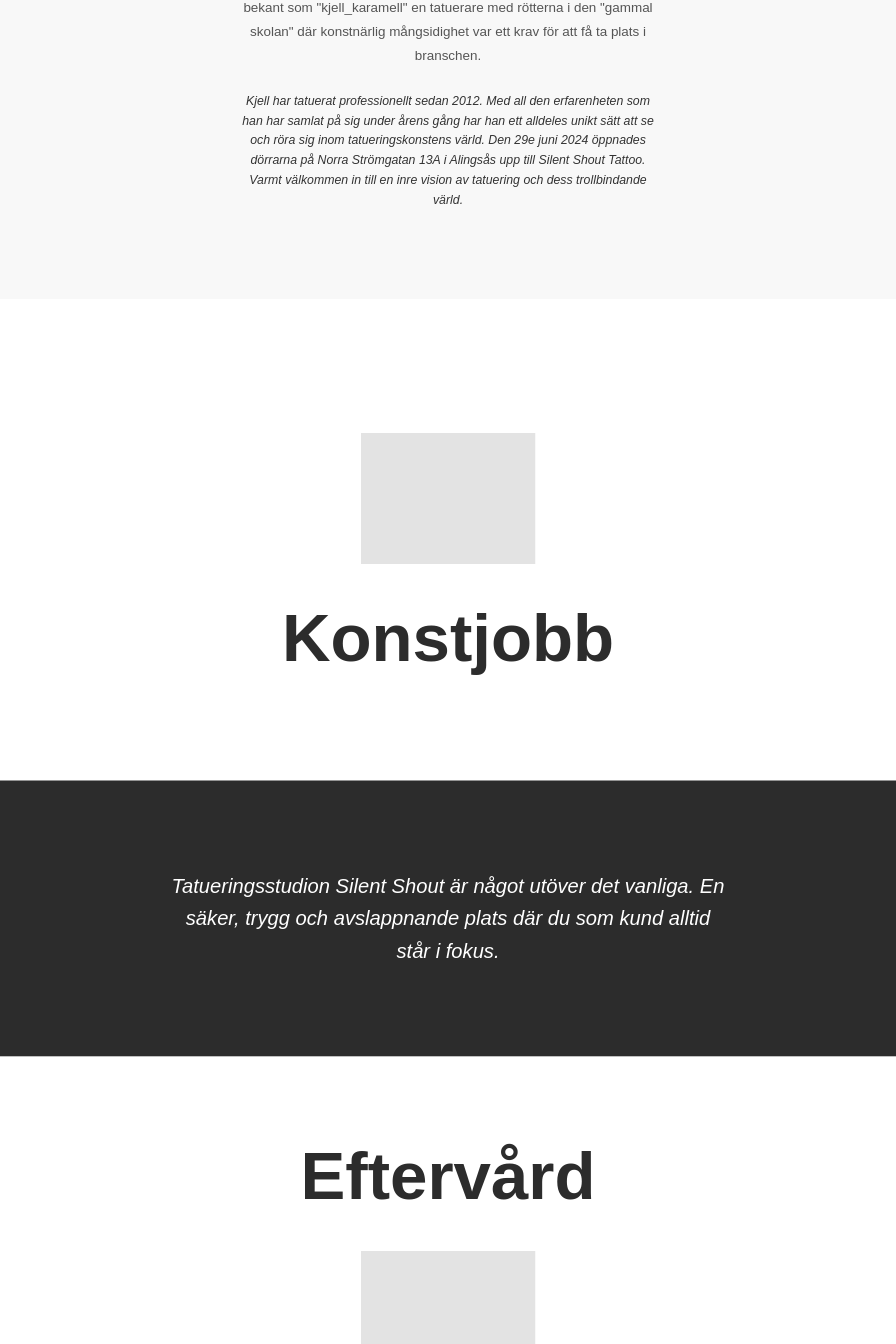
Repository: public-websites/silentshouttattoose
Page: index.html
An editor plug-in stored every save of this project. The page is shown before and after the next save, followed by the edit.
The browser window is 1280 px wide. The pictures show the part of the page from y = 1080 to 3000 px (the page is 6977 px tall before and 7009 px after), at 70% of full size.
Pictures or frames that could not be fetched are drawn as grey boxes.

Above is the page before, as saved 2025-08-19 08:36:22.

After the next save:
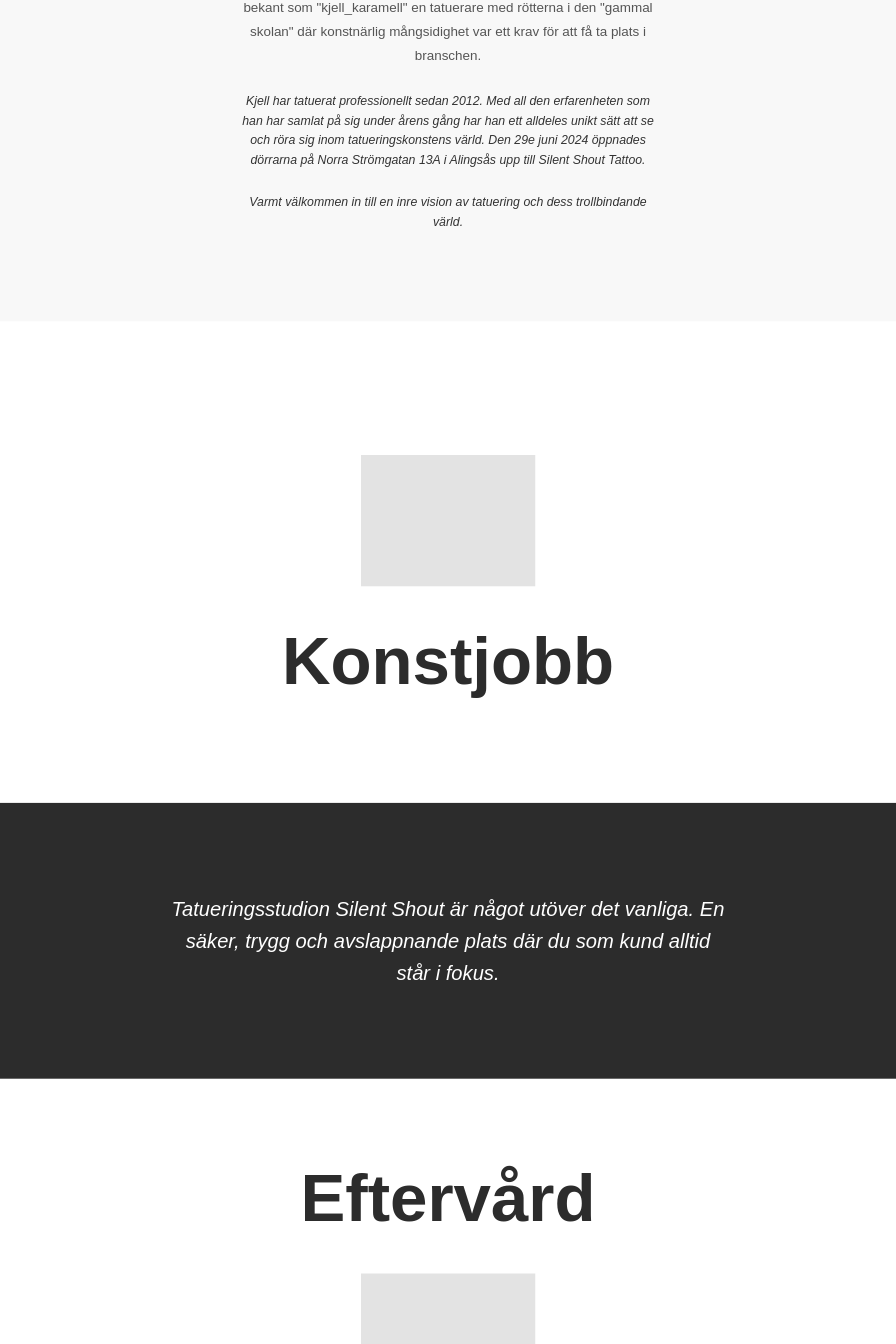
Saved 45 s later.
--- a/index.html
+++ b/index.html
@@ -55,9 +55,10 @@
                 <p class="story-highlight">
                     Kjell har tatuerat professionellt sedan 2012.
 Med all den erfarenheten som han har samlat på sig under årens gång har han ett alldeles unikt sätt att se och röra sig inom tatueringskonstens värld.
-Den 29e juni 2024 öppnades dörrarna på Norra Strömgatan 13A i Alingsås upp till Silent Shout Tattoo. <br>
+Den 29e juni 2024 öppnades dörrarna på Norra Strömgatan 13A i Alingsås upp till Silent Shout Tattoo.
+                </p>
+                <p class="story-highlight">
 Varmt välkommen in till en inre vision av tatuering och dess trollbindande värld.
-
                 </p>
             </div>
         </div>
